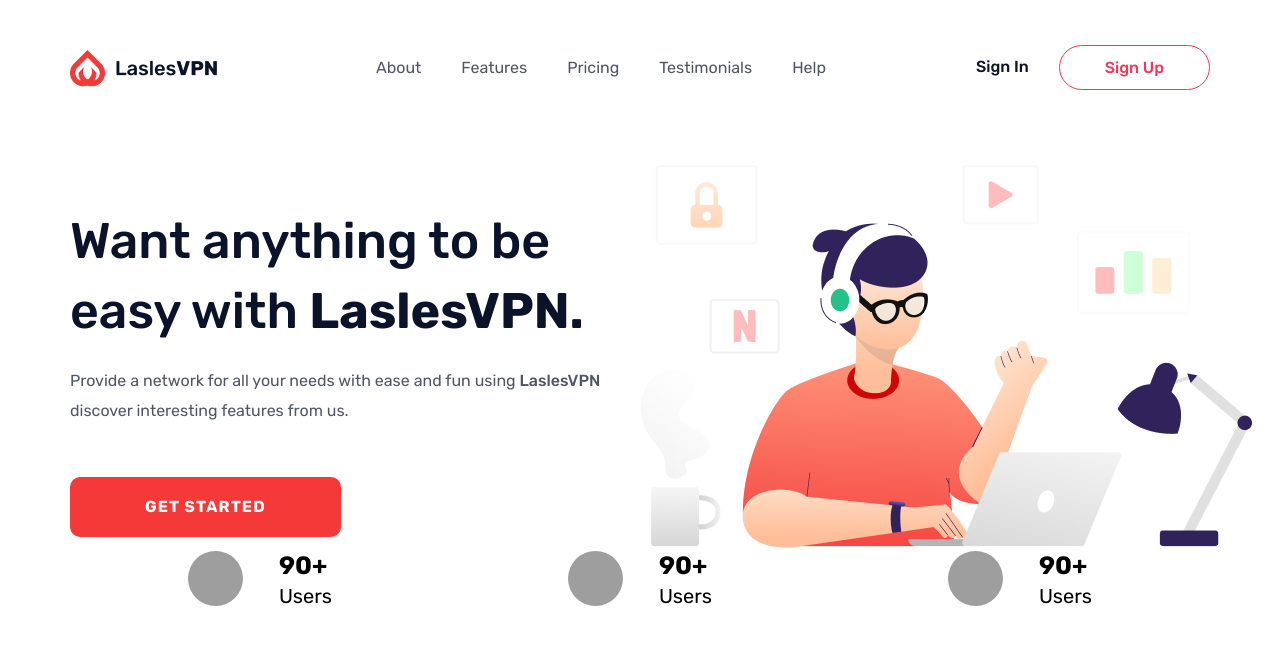
Repository: nafiesallahu/beetroot-fe-g1
Page: Homework10/index.html
These files come from the project's save history. The page is drawn as it stood at one moment and after the next save; the edit follows.
The browser window is 1280 px wide. The pictures show the whole page.
Pictures or frames that could not be fetched are drawn as grey boxes.

Above is the page before, as saved 2021-01-27 19:53:45.

After the next save:
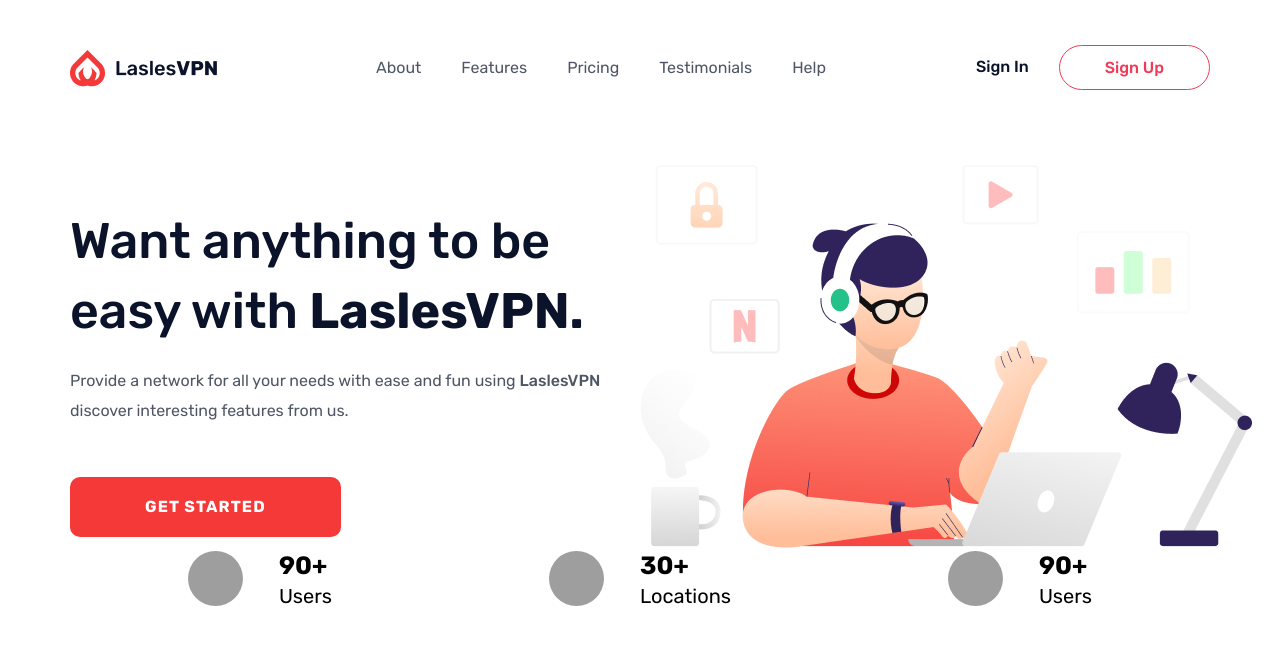
Saved 11 s later.
--- a/Homework10/index.html
+++ b/Homework10/index.html
@@ -61,8 +61,8 @@
             <div class="stat-item__icon icon-user">
             </div>
             <div class="stat-item__text">
-              <h4>90+</h4>
-              <p>Users</p>
+              <h4>30+</h4>
+              <p>Locations</p>
             </div>
           </div>
         </div>
